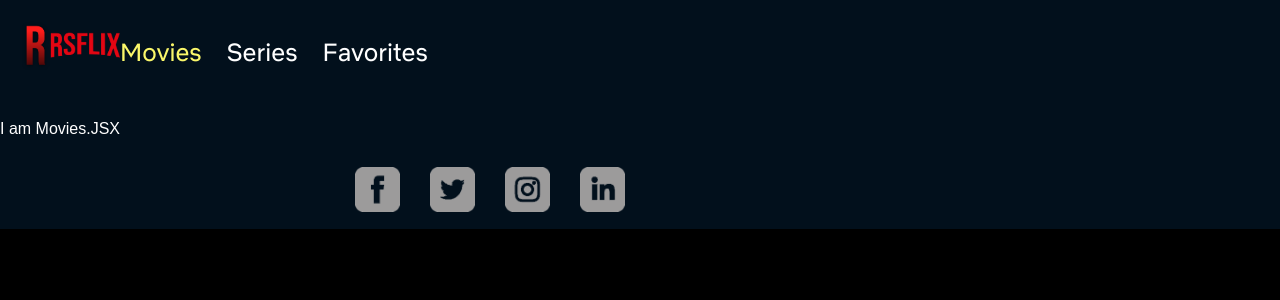
Repository: ronnysalas459/final_project_react
Page: /
An editor plug-in stored every save of this project. The page is shown before and after the next save, followed by the edit.
The browser window is 1280 px wide. The pictures show the whole page.
The project was rebuilt for these pictures with package versions that can differ from the ones it lists, and the page was loaded fresh each time. Also part of the build but not shown: src/containers/Favorites.jsx.

Above is the page before, as saved 2021-09-28 20:18:19.

### src/index.jsx
import React from "react";
import ReactDOM from "react-dom";
import { Provider } from "react-redux";
import { compose } from "redux";
import { createStore, applyMiddleware } from "redux";
import logger from "redux-logger";
import reducer from "./reducers";
import App from "./routes/App";

const initialState = {
  favoriteMovies: [],
  sectionActive: "Movies",
};

const composeEnhancers = window.__REDUX_DEVTOOLS_EXTENSION_COMPOSE__ || compose;

//store

const store = createStore(
  reducer,
  initialState,
  composeEnhancers(applyMiddleware(logger))
);

ReactDOM.render(
  <Provider store = { store }>
    <App />
  </Provider>,
  document.getElementById("root")
);

### src/reducers/index.js
const reducer = (state, action) => {
  switch (action.type) {
    case "SET_FAVORITE":
      return {
        ...state,
        favoriteMovies: [...state.favoriteMovies, action.payload],
      };
    case "DELETE_FAVORITE":
      return {
        ...state,
        favoriteMovies: state.favoriteMovies.filter(
          (items) => items.data.id !== action.payload
        ),
      };
    case "SET_SECTION":
      return {
        ...state,
        sectionActive: action.payload,
      };
    default:
      return state;
  }
};

export default reducer;

### src/routes/App.jsx
import React from "react";
import { BrowserRouter, Switch, Route } from "react-router-dom";
import "../assets/styles/App.scss";
import Movies from "../containers/Movies";
import Favorites from "../containers/Favorites";
import Layout from "../components/Layout";

const App = () => (
  <BrowserRouter>
    <Layout>
      <Switch>
        <Route exact path="/favorites" component={Favorites} />
        <Route exact path="/" component={Movies} />
      </Switch>
    </Layout>
  </BrowserRouter>
);
export default App;

### src/assets/styles/App.scss
@import './Vars.scss';

@mixin colCenCen {
  display: flex;
  flex-direction: column;
  padding: 20px;
}

@mixin flexBetCen {
  display: flex;
  justify-content: space-between;
  align-items: center;
}

@mixin flexCenCen {
  display: flex;
  justify-content: center;
  align-items: center;
}

@mixin flexStaSta {
  display: flex;
  justify-content: flex-start;
  align-items: flex-start;
}

* {
  box-sizing: border-box;
}

a:link,
a:visited {
  color: inherit;
  text-decoration: none;
}

body {
  margin: 0;
  background-color: $dark-color;
  color: $light-color;
  font-family: $text-font;
}

h1,
h2,
h3,
h3,
h4,
h5,
h6 {
  color: $primary-color;
  font-family: $title-font;
}

figure {
  margin: 0;
  padding: 0;
}

section {
  min-height: calc(100vh - 300px);
}

### src/containers/Movies.jsx
import React from 'react'

const Movies = () => (
    <p>
        I am Movies.JSX
    </p>
)

export default Movies

### src/components/Layout.jsx
import React from 'react'
import "../assets/styles/components/Layout.scss";
import Footer from "./Footer";
import Header from "./Header";

const Layout = ({ children }) => (
    <div className="layout">
        <Header />
        { children }
        <Footer />
    </div>

);

export default Layout

### src/assets/styles/Vars.scss
@import '../fonts/style.scss';

//Fonts
$title-font: 'Netflix Sans Regular', 'Netflix Sans Bold';
$text-font: 'Source Sans Pro', sans-serif;

//Colors
$primary-color: #65fafb;
$secondary-color: #62c241;
$success-color: #faf76a;
$dark-color: #000000;
$light-color: #ffffff;
$danger-color: #fc859e;

### src/assets/fonts/style.scss
/* #### Generated By: http://www.cufonfonts.com #### */

    @font-face {
    font-family: 'Netflix Sans Regular';
    font-style: normal;
    font-weight: normal;
    src: local('Netflix Sans Regular'), url('NetflixSansRegular.woff') format('woff');
    }


    @font-face {
    font-family: 'Netflix Sans Icon';
    font-style: normal;
    font-weight: normal;
    src: local('Netflix Sans Icon'), url('NetflixSansIcon.woff') format('woff');
    }


    @font-face {
    font-family: 'Netflix Sans Thin';
    font-style: normal;
    font-weight: normal;
    src: local('Netflix Sans Thin'), url('NetflixSansThin.woff') format('woff');
    }


    @font-face {
    font-family: 'Netflix Sans Light';
    font-style: normal;
    font-weight: normal;
    src: local('Netflix Sans Light'), url('NetflixSansLight.woff') format('woff');
    }


    @font-face {
    font-family: 'Netflix Sans Medium';
    font-style: normal;
    font-weight: normal;
    src: local('Netflix Sans Medium'), url('NetflixSansMedium.woff') format('woff');
    }


    @font-face {
    font-family: 'Netflix Sans Bold';
    font-style: normal;
    font-weight: normal;
    src: local('Netflix Sans Bold'), url('NetflixSansBold.woff') format('woff');
    }


    @font-face {
    font-family: 'Netflix Sans Black';
    font-style: normal;
    font-weight: normal;
    src: local('Netflix Sans Black'), url('NetflixSansBlack.woff') format('woff');
    }

### src/assets/styles/components/Layout.scss
@import "../App.scss";

.layout {
  background: #000
    url(../../static/images/background.png) repeat top
    center;
  z-index: 0;
}

### src/components/Footer.jsx
import React from "react";
import logoFacebook from "../assets/static/icons/facebook.png";
import logoTwitter  from "../assets/static/icons/twitter.png";
import logoInstagram  from "../assets/static/icons/instagram.png";
import logoLinkedin  from "../assets/static/icons/linkedin.png";
import "../assets/styles/components/Footer.scss";

const Footer = () => (
  <footer className="footer">
    <div className="footer__made">
      <a
        className="option"
        href="https://www.facebook.com/ronny.salas.7"
        rel="noopener noreferrer"
        target="_blank"
      >
         <img src={logoFacebook} alt="logo" width="45" height="45"></img>
      </a>
      <a
        className="option"
        href="https://twitter.com/RonnySalas"
        rel="noopener noreferrer"
        target="_blank"
      >
        <img src={logoTwitter} alt="logo" width="45" height="45"></img>
      </a>
      <a
        className="option"
        href="https://www.instagram.com/rsalas459/?hl=es"
        rel="noopener noreferrer"
        target="_blank"
      >
        <img src={logoInstagram} alt="logo" width="45" height="45"></img>
      </a>
      <a
        className="option"
        href="https://www.linkedin.com/in/ronny-salas-2525ab13a"
        rel="noopener noreferrer"
        target="_blank"
      >
        <img src={logoLinkedin} alt="logo" width="45" height="45"></img>
      </a>
    </div>
  </footer>
);

export default Footer;

### src/components/Header.jsx
import React from "react";
import { Link } from "react-router-dom";
import { useSelector, useDispatch } from "react-redux";
import { setSection } from "../actions";
import "../assets/styles/components/Header.scss";
import Logo from "../assets/static/images/logo.png";

const Header = () => {
  const sectionActive = useSelector((state) => state.sectionActive);
  const dispatch = useDispatch();

  const handleSetSection = (section) => {
    dispatch(setSection(section));
  };
  return (
    <header className="header">
      <figure className="header__logo">
        <img className="header__logo-img" src={Logo} alt="Netflix" />
      </figure>
      <nav className="header__nav">
        <ul className="header__nav__options">
          <li
            onclick={() => handleSetSection("Movies")}
            className={`header__nav__options-item ${
              sectionActive === "Movies" ? "active" : ""
            }`}
          >
            <Link to="/">Movies</Link>
          </li>
          <li
            onClick={() => handleSetSection("Favorites")}
            className={`header__nav__options-item ${
              sectionActive === "Favorites" ? "active" : ""
            }`}
          >
            <Link to="/series">Series</Link>
                  </li>
                  <li
            onClick={() => handleSetSection("Favorites")}
            className={`header__nav__options-item ${
              sectionActive === "Favorites" ? "active" : ""
            }`}
          >
            <Link to="/favorites">Favorites</Link>
          </li>
        </ul>
      </nav>
    </header>
  );
};

export default Header;

### src/assets/styles/components/Footer.scss
@import '../App.scss';

.footer {
  @include flexBetCen;
  margin: 0 20px;
  height: 75px;
}

.footer__made {
  @include flexStaSta;
  width: 50%;
  height: 100%;
  display: flex;
  align-items: center;
  justify-content: flex-end;

  .option {
    padding: 10px 15px;
    cursor: pointer;
  }
}

.logo {
  display:flex;
  cursor: pointer;
  width: 45px;
  height: 45px;
  position: relative;
  top: -25px;
  left: 245px;
}

.logo-img {
  color: #00a9e6;

}

.footer__location {
  span {
    color: #14b600;
  }
}

### src/actions/index.js
export const setFavorite = (payload) => ({
  type: "SET_FAVORITE",
  payload,
});

export const deleteFavorite = (payload) => ({
  type: "DELETE_FAVORITE",
  payload,
});

export const setSection = (payload) => ({
  type: "SET_SECTION",
  payload,
});

### src/assets/styles/components/Header.scss
@import '../App.scss';

.header {
  @include colCenCen;
  display: flex;
  flex-direction: row;
}

.header__logo-img {
  width: 100px;
  height: auto;
}

.header__nav__options {
  @include flexCenCen;
  padding: 0;
}

.header__nav__options-item {
  margin-right: 25px;
  font-size: 25px;
  font-family: $title-font;
  list-style-type: none;
}

.header__nav__options-item.active {
  color: $success-color
}

.header__nav__options-item:last-child {
  margin-right: 0;
}

.header__nav__options-item:hover {
  cursor: pointer;
  color: $success-color;
}

Loaded but not shown: public/index.html (common file)

After the next save:
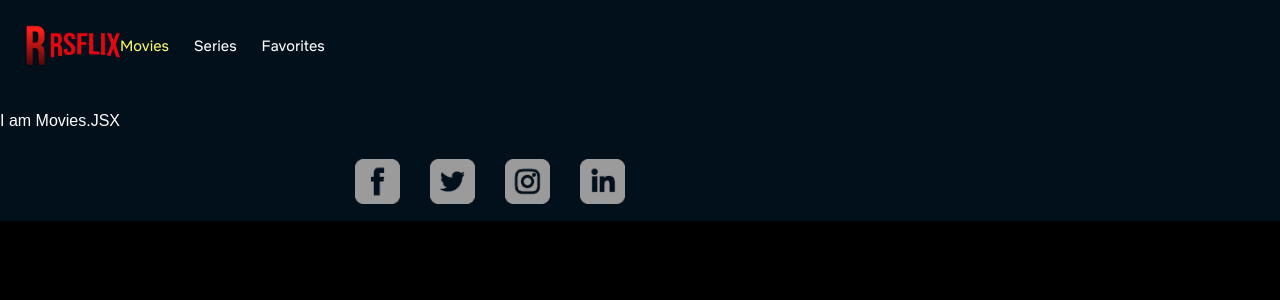
Saved 20 s later.
--- a/src/assets/styles/components/Header.scss
+++ b/src/assets/styles/components/Header.scss
@@ -18,7 +18,7 @@
 
 .header__nav__options-item {
   margin-right: 25px;
-  font-size: 25px;
+  font-size: 15px;
   font-family: $title-font;
   list-style-type: none;
 }
